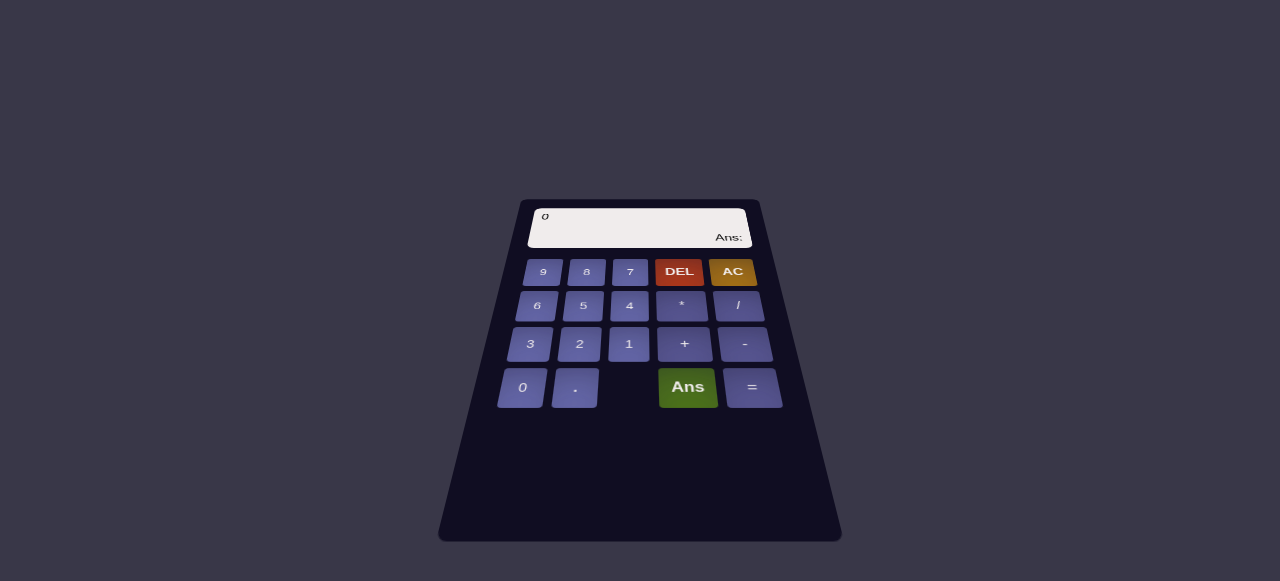
Repository: Bishek666/simple-calculator
Page: /
These files come from the project's save history. The page is drawn as it stood at one moment and after the next save; the edit follows.
The browser window is 1280 px wide. The pictures show the whole page.
The project was rebuilt for these pictures with package versions that can differ from the ones it lists, and the page was loaded fresh each time.

Above is the page before, as saved 2021-10-27 08:40:02.

After the next save:
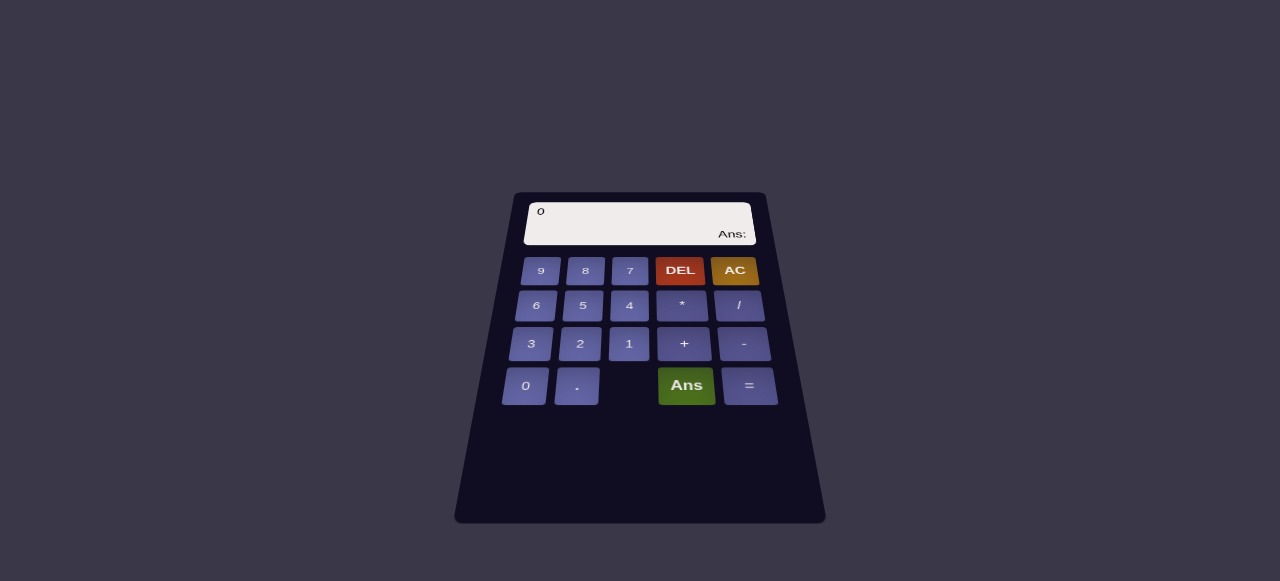
Saved 5 s later.
--- a/src/index.css
+++ b/src/index.css
@@ -33,7 +33,7 @@ button {
 }
 
 .visual {
-    perspective: 600px;
+    perspective: 800px;
 }
 
 .container-calculator {
